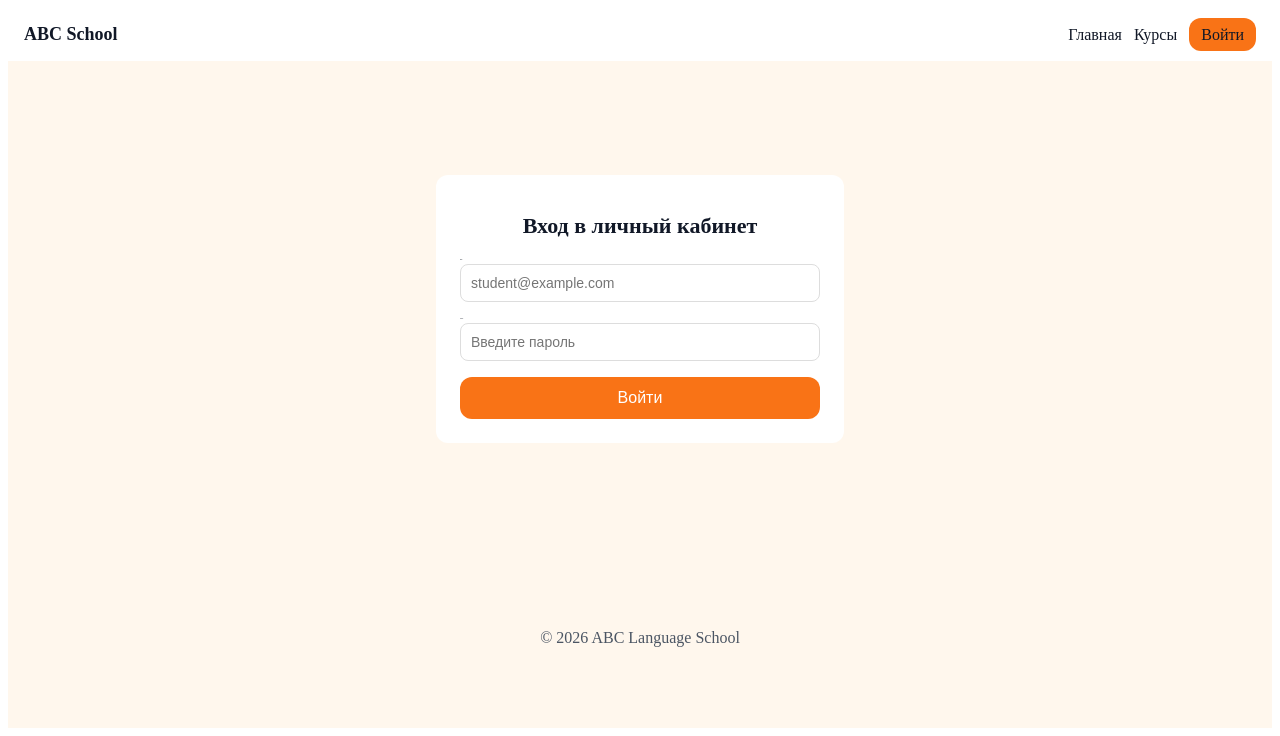
Repository: vidergooold/abc-language-school
Page: /login (app in frontend/)
An editor plug-in stored every save of this project. The page is shown before and after the next save, followed by the edit.
The browser window is 1280 px wide. The pictures show the whole page.
The project was rebuilt for these pictures with package versions that can differ from the ones it lists, and the page was loaded fresh each time. Also part of the build but not shown: frontend/vite.config.ts, frontend/src/components/ui/BaseButton.vue, frontend/src/stores/enrollment.ts, frontend/src/components/home/LeadForm.vue, frontend/src/components/home/HeroSection.vue, frontend/src/components/home/StatsBlock.vue, frontend/src/components/home/CoursesPreview.vue, frontend/src/pages/Home.vue and 8 more.

Above is the page before, as saved 2026-01-10 18:44:45.

After the next save:
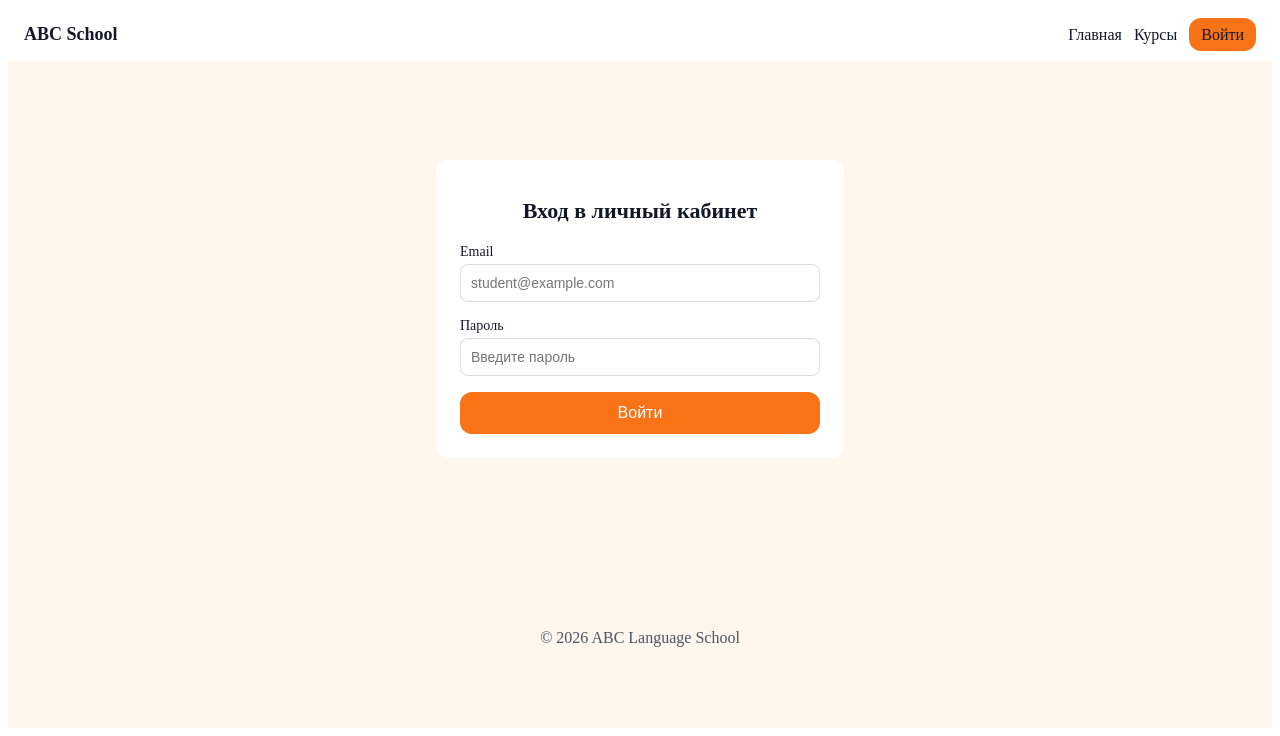
Saved 4 s later.
--- a/frontend/src/pages/Login.vue
+++ b/frontend/src/pages/Login.vue
@@ -89,7 +89,7 @@ async function submit() {
 }
 
 .field label {
-  font-size: 1px;
+  font-size: 14px;
   margin-bottom: 4px;
 }
 
